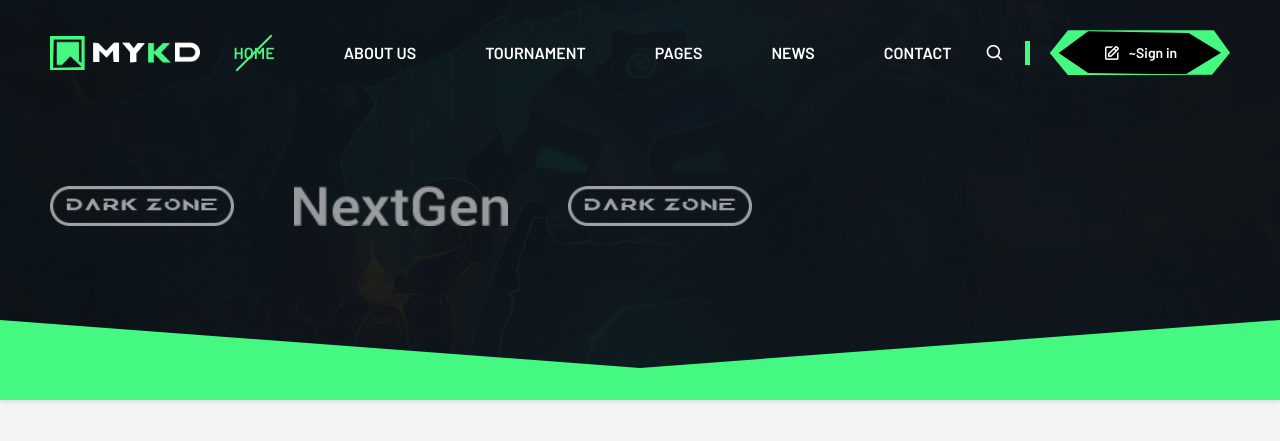
Repository: elfahl52/-MYKD-eSport-and-Gaming
Page: contact.html
These files come from the project's save history. The page is drawn as it stood at one moment and after the next save; the edit follows.
The browser window is 1280 px wide. The pictures show the whole page.
Some web fonts or font styles are not loaded; a fallback is used.

Above is the page before, as saved 2026-06-10 23:19:33.

### contact.html
<!DOCTYPE html>
<html lang="en">

<head>
    <meta charset="UTF-8">
    <meta name="viewport" content="width=device-width, initial-scale=1.0">
    <title>Document</title>
    <!-- Preconnect for performance -->
    <link rel="preconnect" href="https://fonts.googleapis.com">
    <link rel="preconnect" href="https://fonts.gstatic.com" crossorigin>

    <!-- Fonts -->
    <link
        href="https://fonts.googleapis.com/css2?family=Barlow:ital,wght@0,100;0,200;0,300;0,400;0,500;0,600;0,700;0,800;0,900;1,100;1,200;1,300;1,400;1,500;1,600;1,700;1,800;1,900&family=Josefin+Sans:ital,wght@0,100..700;1,100..700&family=Poppins:wght@300;400;500;600;700&display=swap"
        rel="stylesheet">
    <link href="https://fonts.cdnfonts.com/css/berlin-sans-fb-demi" rel="stylesheet">

    <!-- Icons -->
    <link href='https://unpkg.com/boxicons@2.1.4/css/boxicons.min.css' rel='stylesheet'>
    <link rel="stylesheet" href="https://cdnjs.cloudflare.com/ajax/libs/font-awesome/6.5.1/css/all.min.css">

    <!-- Styles -->
    <link rel="stylesheet" href="css/style.css">
</head>

<body>


          <!-- start header -->
    <header>
        <!-- start nav -->
        <nav>
            <div class="logo">
                <img src="img/logo/logo.png" alt="Gaming Logo">
            </div>

            <ul class="nav-links">
                <li class="has-dropdown">
                    <a href="#" class="active">HOME</a>
                    <div class="dropDown">
                        <div>
                            <a href="#" class="active">
                                <article></article>
                                <span>HOME ONE</span>
                            </a>
                        </div>
                        <div>
                            <a href="#">
                                <article></article>
                                <span>HOME TWO</span>
                            </a>
                        </div>
                        <div>
                            <a href="#">
                                <article></article>
                                <span>HOME THREE</span>
                            </a>
                        </div>
                        <div>
                            <a href="#">
                                <article></article>
                                <span>HOME FOUR</span>
                            </a>
                        </div>
                        <div>
                            <a href="#">
                                <article></article>
                                <span>HOME FIVE</span>
                            </a>
                        </div>
                    </div>
                </li>
                <li class="has-dropdown">
                    <a href="#">ABOUT US</a>
                    <div class="dropDown">
                        <div>
                            <a href="#">
                                <article></article>
                                <span>ABOUT PAGE 1</span>
                            </a>
                        </div>
                        <div>
                            <a href="#">
                                <article></article>
                                <span>ABOUT PAGE 2</span>
                            </a>
                        </div>
                    </div>
                </li>
                <li class="has-dropdown">
                    <a href="#">TOURNAMENT</a>
                    <div class="dropDown">
                        <div>
                            <a href="#">
                                <article></article>
                                <span>TOURNAMENT</span>
                            </a>
                        </div>
                        <div>
                            <a href="#">
                                <article></article>
                                <span>TOURNAMENT SINGLE</span>
                            </a>
                        </div>
                    </div>
                </li>
                <li class="has-dropdown">
                    <a href="#">PAGES</a>
                    <div class="dropDown">
                        <div>
                            <a href="#">
                                <article></article>
                                <span>GAMING SHOP</span>
                            </a>
                        </div>
                        <div>
                            <a href="#">
                                <article></article>
                                <span>OUR SERVICES</span>
                            </a>
                        </div>
                        <div>
                            <a href="#">
                                <article></article>
                                <span>SERVICES DETAILS</span>
                            </a>
                        </div>
                        <div>
                            <a href="#">
                                <article></article>
                                <span>PLAYER DETAILS</span>
                            </a>
                        </div>
                        <div>
                            <a href="#">
                                <article></article>
                                <span>LOGIN</span>
                            </a>
                        </div>
                        <div>
                            <a href="#">
                                <article></article>
                                <span>SIGN UP</span>
                            </a>
                        </div>
                    </div>
                </li>
                <li class="has-dropdown">
                    <a href="#">NEWS</a>
                    <div class="dropDown">
                        <div>
                            <a href="#">
                                <article></article>
                                <span>OUR BLOG</span>
                            </a>
                        </div>
                        <div>
                            <a href="#">
                                <article></article>
                                <span>BLOG DETAILS</span>
                            </a>
                        </div>
                    </div>
                </li>
                <li><a href="#">CONTACT</a></li>
            </ul>

            <!-- ✅ الزراير على اليمين بس -->
            <div class="right-nav">
                <i class="bx bx-search" id="searchIcon" aria-label="Search"></i>
                <div class="nav-divider"></div>

                <!-- Sign In Button -->
                <div class="btn sign-in-btn">
                    <div>
                        <i class="bx bx-edit"></i>
                        <span>~Sign in</span>
                    </div>
                </div>



                <!-- Hamburger Menu -->
                <div class="hamburger" id="hamburger" aria-label="Toggle menu" aria-expanded="false">
                    <span></span>
                    <span></span>
                    <span></span>
                </div>
            </div>
        </nav>
        <!-- end nav -->

        <!-- Mobile Menu Overlay -->
        <div class="mobile-menu" id="mobileMenu">
            <div class="mobile-menu-header">
                <div class="mobile-logo">
                    <img src="img/logo/logo.png" alt="Gaming Logo">
                </div>
                <button class="close-menu" id="closeMenu" aria-label="Close menu">
                    <i class="bx bx-x"></i>
                </button>
            </div>

            <div class="mobile-menu-content">
                <ul class="mobile-nav-links">
                    <!-- HOME with dropdown -->
                    <li class="mobile-has-dropdown">
                        <a href="#" class="active">
                            <i class="bx bx-home"></i>
                            <span>HOME</span>
                            <i class="bx bx-chevron-down mobile-dropdown-toggle"></i>
                        </a>
                        <ul class="mobile-dropdown">
                            <li><a href="#" class="active">HOME ONE</a></li>
                            <li><a href="#">HOME TWO</a></li>
                            <li><a href="#">HOME THREE</a></li>
                            <li><a href="#">HOME FOUR</a></li>
                            <li><a href="#">HOME FIVE</a></li>
                        </ul>
                    </li>

                    <!-- ABOUT US with dropdown -->
                    <li class="mobile-has-dropdown">
                        <a href="#">
                            <i class="bx bx-user"></i>
                            <span>ABOUT US</span>
                            <i class="bx bx-chevron-down mobile-dropdown-toggle"></i>
                        </a>
                        <ul class="mobile-dropdown">
                            <li><a href="#">ABOUT PAGE 1</a></li>
                            <li><a href="#">ABOUT PAGE 2</a></li>
                        </ul>
                    </li>

                    <!-- TOURNAMENT with dropdown -->
                    <li class="mobile-has-dropdown">
                        <a href="#">
                            <i class="bx bx-trophy"></i>
                            <span>TOURNAMENT</span>
                            <i class="bx bx-chevron-down mobile-dropdown-toggle"></i>
                        </a>
                        <ul class="mobile-dropdown">
                            <li><a href="#">TOURNAMENT</a></li>
                            <li><a href="#">TOURNAMENT SINGLE</a></li>
                        </ul>
                    </li>

                    <!-- PAGES with dropdown -->
                    <li class="mobile-has-dropdown">
                        <a href="#">
                            <i class="bx bx-file"></i>
                            <span>PAGES</span>
                            <i class="bx bx-chevron-down mobile-dropdown-toggle"></i>
                        </a>
                        <ul class="mobile-dropdown">
                            <li><a href="#">GAMING SHOP</a></li>
                            <li><a href="#">OUR SERVICES</a></li>
                            <li><a href="#">SERVICES DETAILS</a></li>
                            <li><a href="#">PLAYER DETAILS</a></li>
                            <li><a href="#">LOGIN</a></li>
                            <li><a href="#">SIGN UP</a></li>
                            <li><a href="#">FORGET PASSWORD</a></li>
                            <li><a href="#">404 PAGE</a></li>
                            <!-- Contact Link in Dropdown -->
                            <li class="contact-item">
                                <a href="#contact" class="contact-link">
                                    <i class="bx bx-envelope"></i>
                                    <span>CONTACT US</span>
                                </a>
                            </li>
                        </ul>
                    </li>

                    <!-- NEWS with dropdown -->
                    <li class="mobile-has-dropdown">
                        <a href="#">
                            <i class="bx bx-news"></i>
                            <span>NEWS</span>
                            <i class="bx bx-chevron-down mobile-dropdown-toggle"></i>
                        </a>
                        <ul class="mobile-dropdown">
                            <li><a href="#">OUR BLOG</a></li>
                            <li><a href="#">BLOG DETAILS</a></li>
                        </ul>
                    </li>

                    <!-- CONTACT -->
                    <li>
                        <a href="#contact">
                            <i class="bx bx-envelope"></i>
                            <span>CONTACT</span>
                        </a>
                    </li>
                </ul>

                <!-- Mobile Actions -->
                <div class="mobile-actions">
                    <button class="mobile-search">
                        <i class="bx bx-search"></i>
                        <span>Search</span>
                    </button>
                    <button class="mobile-signin">
                        <i class="bx bx-edit"></i>
                        <span>Sign in</span>
                    </button>
                </div>

                <!-- Social Media -->
                <div class="mobile-social">
                    <h3>Follow Us</h3>
                    <div class="social-icons">
                        <a href="#" aria-label="Facebook"><i class="bx bxl-facebook"></i></a>
                        <a href="#" aria-label="Twitter"><i class="bx bxl-twitter"></i></a>
                        <a href="#" aria-label="Instagram"><i class="bx bxl-instagram"></i></a>
                        <a href="#" aria-label="YouTube"><i class="bx bxl-youtube"></i></a>
                        <a href="#" aria-label="Discord"><i class="bx bxl-discord"></i></a>
                        <a href="#" aria-label="Twitch"><i class="bx bxl-twitch"></i></a>
                    </div>
                </div>

                <!-- Contact Info -->
                <div class="mobile-contact-info">
                    <h3>Contact Info</h3>
                    <p><i class="bx bx-phone"></i> +1 234 567 890</p>
                    <p><i class="bx bx-envelope"></i> info@example.com</p>
                    <p><i class="bx bx-map"></i> 123 Gaming Street, City, Country</p>
                </div>
            </div>
        </div>

        <!-- Overlay for mobile menu -->
        <div class="mobile-overlay" id="mobileOverlay"></div>


        <!-- ✅ 3 صور بس على الشمال -->
        <div class="img-bottom">
            <img src="img/brand/brand03.png" alt="Brand 1" loading="lazy">
            <img src="img/brand/brand04.png" alt="Brand 2" loading="lazy">
            <img src="img/brand/brand_logo01.png" alt="Brand 3" loading="lazy">
        </div>

        <!--  NEW: Green Divider with Clip-Path -->
        <div class="header-divider"></div>
    </header>
    <!-- end header -->
    <!-- js  -->
     <script src="js/main.js"></script>
</body>

</html>

Loaded but not shown: js/main.js (141 lines, source omitted); css/style.css (3093 lines, source omitted)

After the next save:
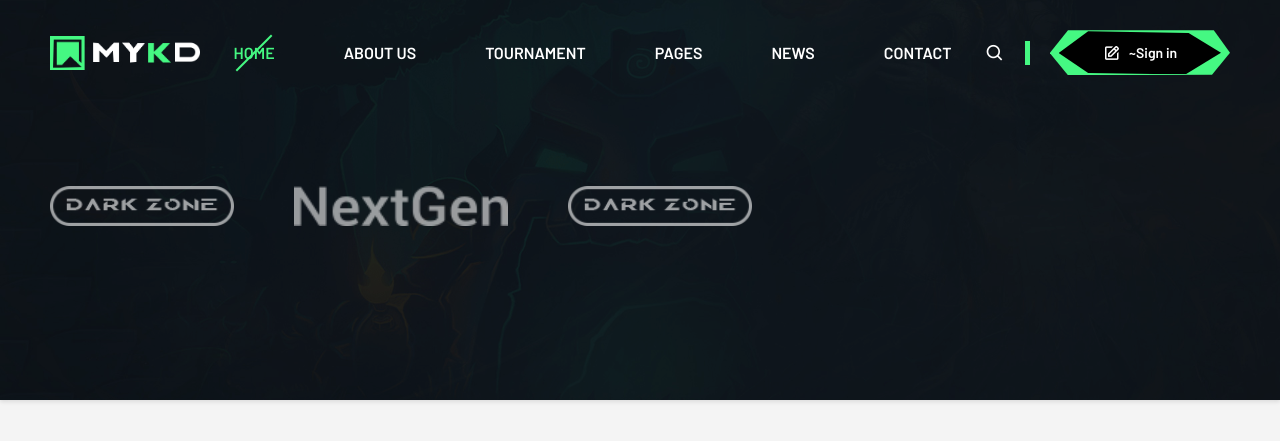
Saved 8 s later.
--- a/contact.html
+++ b/contact.html
@@ -339,8 +339,7 @@
             <img src="img/brand/brand_logo01.png" alt="Brand 3" loading="lazy">
         </div>
 
-        <!--  NEW: Green Divider with Clip-Path -->
-        <div class="header-divider"></div>
+
     </header>
     <!-- end header -->
     <!-- js  -->
